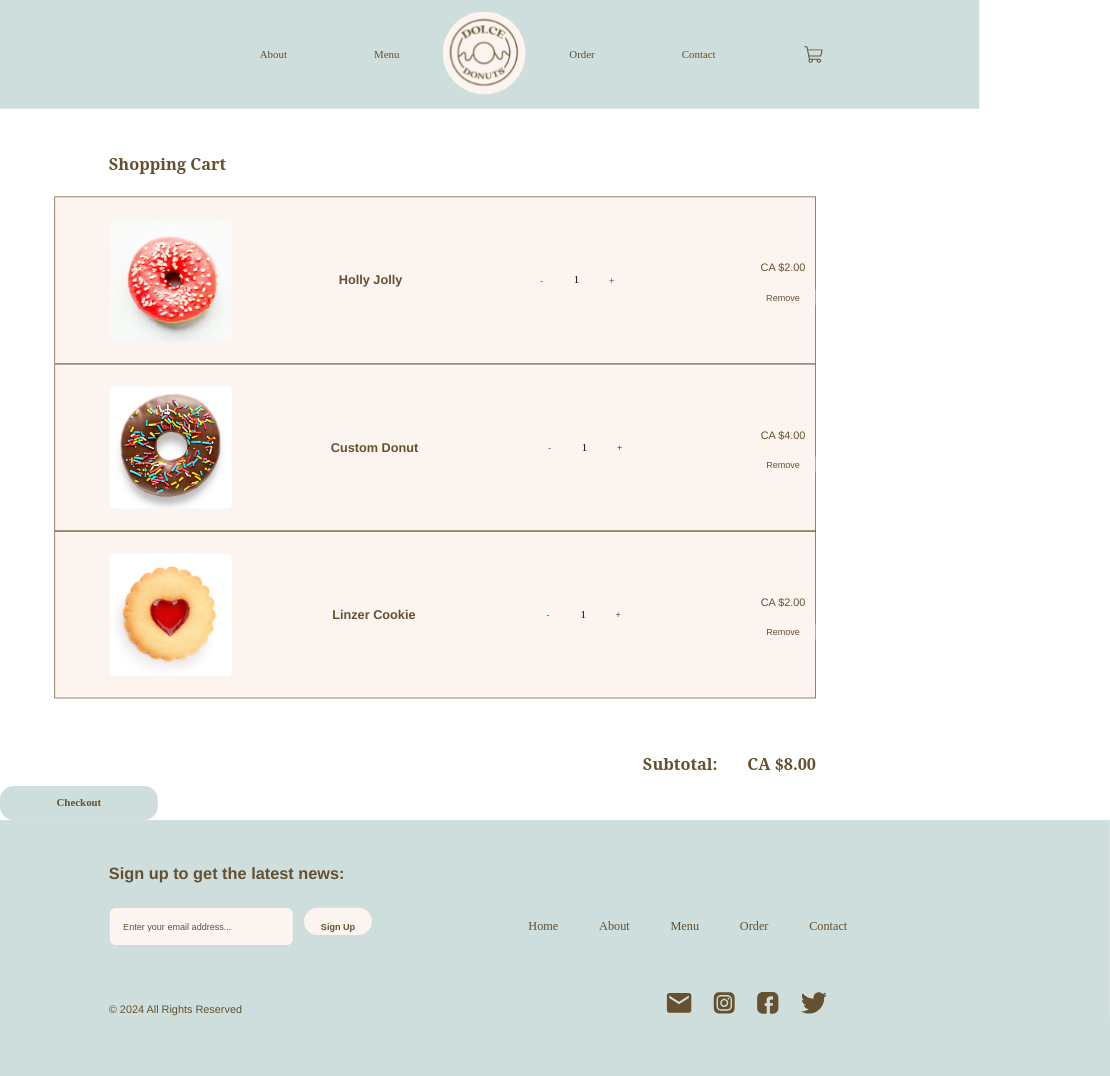
Repository: Crystalhtc/dolcedonuts
Page: /cart
The author's editor kept a copy of each file at every save. The page is drawn from the files as they stood at one save, then again after the next save.
The browser window is 1280 px wide. The page is 1632 px wide, so the pictures cover 1632 px, including what lies to the right of the window. The pictures show the whole page, at 68% of full size.
The project was rebuilt for these pictures with package versions that can differ from the ones it lists, and the page was loaded fresh each time. Also part of the build but not shown: vite.config.js, src/pages/Home.module.css, src/components/ProductCard/ProductCard.jsx, src/Data/products.js, src/pages/Order.css, src/pages/Menu.jsx, src/pages/Order.jsx, src/pages/Contact.module.css and 17 more.

Above is the page before, as saved 2024-10-21 05:48:26.

After the next save:
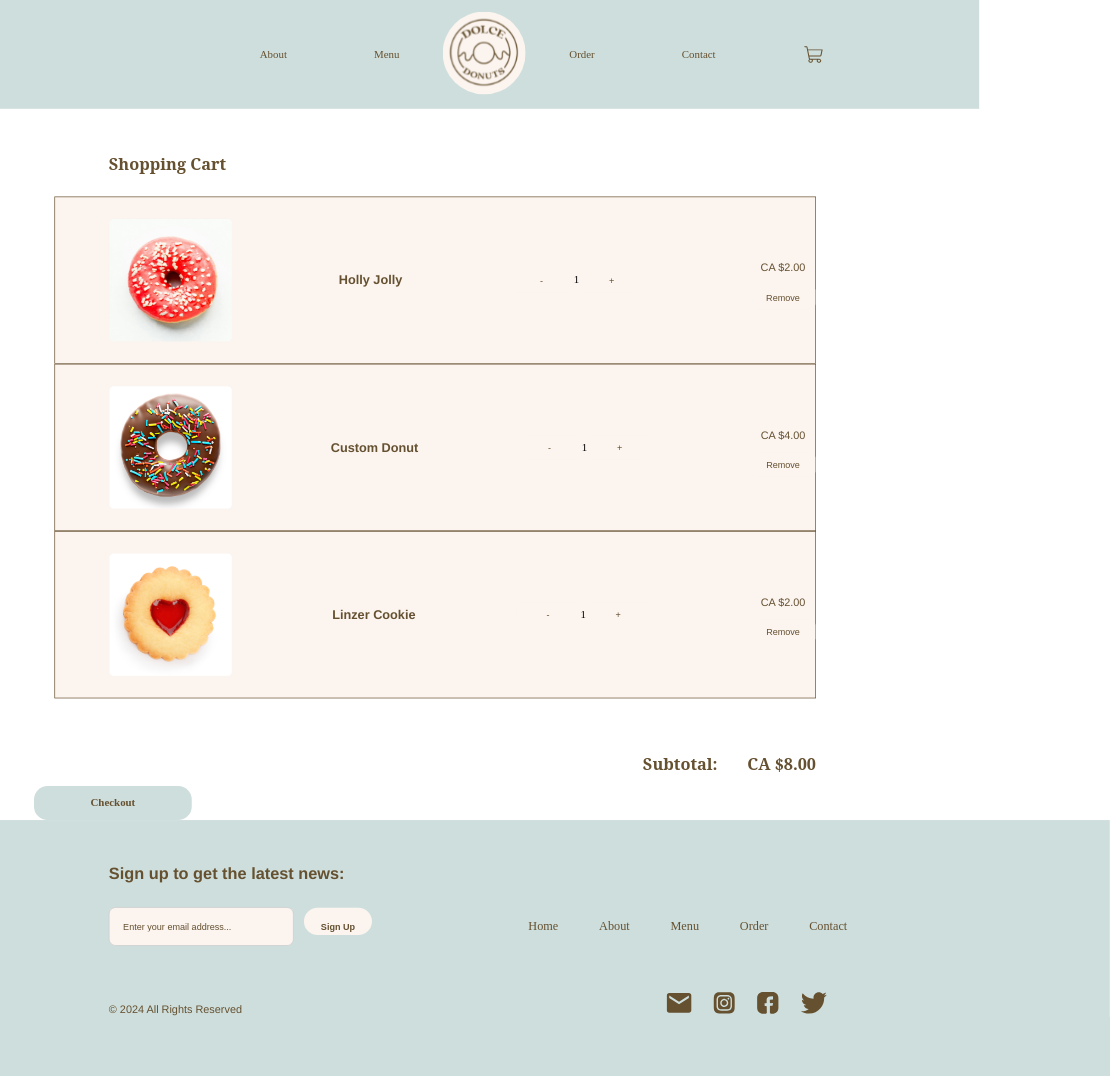
Saved 4 s later.
--- a/src/pages/Cart.module.css
+++ b/src/pages/Cart.module.css
@@ -41,3 +41,7 @@
 .totalH2 {
     font-family: "Noto Serif", serif;
 }
+
+.checkoutBtn {
+    margin-left: 50px;
+}
